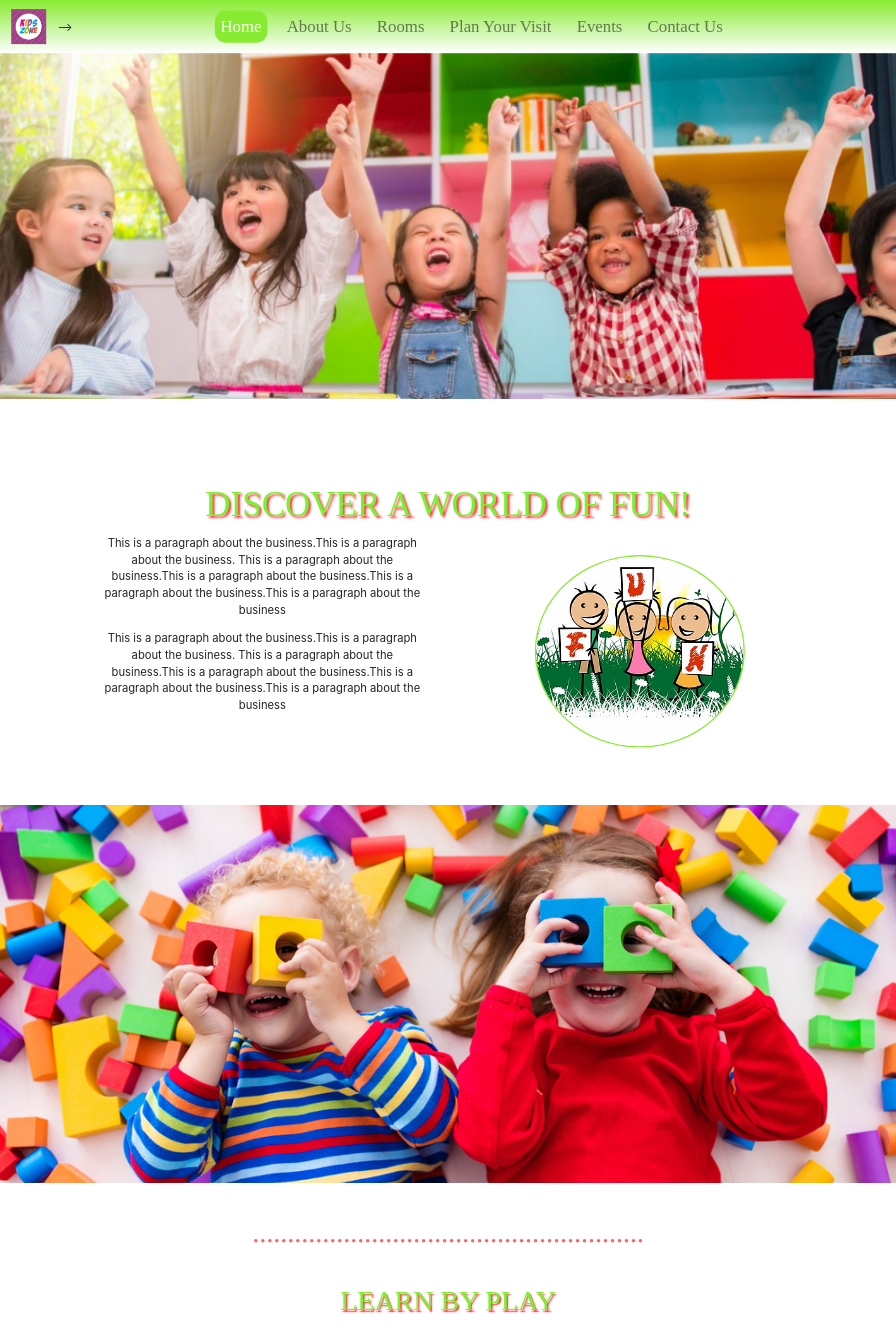
Repository: Code-Institute-Submissions/my-first-frontend-milestone-project
Page: index.html
The author's editor kept a record of every edit. The page is drawn from the files as they stood at one moment, then again after the next edit.
The browser window is 1280 px wide. The pictures show the part of the page from y = 0 to 1920 px (the page is 4050 px tall), at 70% of full size.
Some web fonts or font styles are not loaded; a fallback is used. Some web libraries are served in a nearby version.

Above is the page before.

### index.html
<!DOCTYPE html>
<html lang="en">

<head>
    <meta charset="UTF-8">
    <meta name="viewport" content="width=device-width, initial-scale=1.0">
    <meta http-equiv="X-UA-Compatible" content="ie=edge">
    <script src="https://code.jquery.com/jquery-3.3.1.slim.min.js" integrity="sha384-q8i/X+965DzO0rT7abK41JStQIAqVgRVzpbzo5smXKp4YfRvH+8abtTE1Pi6jizo" crossorigin="anonymous"></script>
    <script src="https://cdnjs.cloudflare.com/ajax/libs/popper.js/1.14.7/umd/popper.min.js" integrity="sha384-UO2eT0CpHqdSJQ6hJty5KVphtPhzWj9WO1clHTMGa3JDZwrnQq4sF86dIHNDz0W1" crossorigin="anonymous"></script>
    <link rel="stylesheet" href="https://stackpath.bootstrapcdn.com/bootstrap/4.3.1/css/bootstrap.min.css" integrity="sha384-ggOyR0iXCbMQv3Xipma34MD+dH/1fQ784/j6cY/iJTQUOhcWr7x9JvoRxT2MZw1T" crossorigin="anonymous">
    <script src="https://stackpath.bootstrapcdn.com/bootstrap/4.3.1/js/bootstrap.min.js" integrity="sha384-JjSmVgyd0p3pXB1rRibZUAYoIIy6OrQ6VrjIEaFf/nJGzIxFDsf4x0xIM+B07jRM" crossorigin="anonymous"></script>
    <script src='https://kit.fontawesome.com/a076d05399.js'></script>
    <link rel="stylesheet" href="https://maxcdn.bootstrapcdn.com/font-awesome/4.7.0/css/font-awesome.min.css" type="text/css" />
    <link rel="stylesheet" href="css/style.css">
    <title>KiddosSpot</title>
</head>

<body>
  <div id="page-wrapper">
    <header>
        <!-- Used Bootstrap for basic nav. -->
        <nav class="navbar fixed-top navbar-light
         navbar-expand-lg  navbar-fixed-top navstyle">
            <a class="navbar-brand" href="index.html">
           <img src="./images/logo.jpg" width="50" height="50" alt="">
          </a> -->
            <button class="navbar-toggler" type="button" data-toggle="collapse" data-target="#navbarSupportedContent" aria-controls="navbarSupportedContent" aria-expanded="false" aria-label="Toggle navigation">
              <span class="navbar-toggler-icon"></span>
          </button>
            <div class="collapse navbar-collapse" id="navbarSupportedContent">
                <ul class="nav navbar-nav mr-auto" style=" margin: 0 auto;">
                    <li class="nav-item active">
                        <a class="nav-link" href="index.html">Home <span class="sr-only">(current)</span></a>
                    </li>
                    <li class="nav-item">
                        <a class="nav-link about-menu" href="about.html">About Us</a>
                    </li>
                    <li class="nav-item">
                        <a class="nav-link" href="rooms.html">Rooms</a>
                    </li>
                    <li class="nav-item">
                        <a class="nav-link" href="planyourvisit.html">Plan Your Visit</a>
                    </li>
                    <li class="nav-item">
                        <a class="nav-link" href="events.html">Events</a>
                    </li>
                    <li class="nav-item">
                        <a class="nav-link" href="contact.html">Contact Us</a>
                    </li>
            </div>
        </nav>
    </header>

    <section>
        <!-- Bootstrap grid approach for columns -->
        <div class="container-fluid">
            <div class="row">
                <div class="col-12 banner-home"> </div>
            </div>
            <div class="container">
                <div class="row">
                    <div class="col-sm-12">
                        <h1 class="maintitle uppercase">Discover a World of Fun!</h1>
                    </div>
                </div>
                <div class="row">
                    <div class="col-12">
                        <div class="main-text-wrapper">
                            <p> This is a paragraph about the business.This is a paragraph about the business. This is a paragraph about the business.This is a paragraph about the business.This is a paragraph about the business.This is a paragraph about the
                                business </p>
                            <p> This is a paragraph about the business.This is a paragraph about the business. This is a paragraph about the business.This is a paragraph about the business.This is a paragraph about the business.This is a paragraph about the
                                business </p>
                        </div>
                        <div class="main-image-wrapper">
                                <img src="./images/fun.jpg" width="300" height="300" class="img-fluid rounded-circle" style="border:2px solid #87EB31;"alt="Fun illustration">
                        </div>
                    </div>
                </div> <!-- row end -->
            </div> <!--container -->
        </div> <!--container-fluid -->
        <div class="container-fluid">
            <div class="row">
                <div class="col-12 banner-center"></div>
            </div>
        </div>

        <!-- Business Highlights -->
        <div class="container">
            <div class="row">
                <div class="col-sm-12">
                    <div class="dotted-separator"></div>
                        <h2 class="subtitle uppercase">Learn By Play</h2>
                </div>
            </div>
            <div class="row">
                <div class="col-sm-12">
                    <div class="text-container" id="science">
                        <span><i class='fas fa-flask' style='font-size:40px;color:#fafafa;'></i></span>
                        <br>
                        <p><strong>Science</strong></p>
                        <p>Your Child will explore a variety...Your Child will explore a variety...Your Child will explore a variety...Your Child will explore a variety...</p>
                    </div>
                    <div class="text-container" id="sports">
                        <span><i class='fas fa-futbol' style='font-size:40px;color:#fafafa'></i></span>
                        <br>
                        <p><strong>Sports</strong></p>
                        <p>Your Child will explore a variety...Your Child will explore a variety...Your Child will explore a variety...Your Child will explore a variety...</p>
                    </div>
                </div>
            </div>
            <div class = "row">
                <div class="col-sm-12" style="margin-bottom:50px;">
                    <div class="text-container" id="arts"><span><i class='fas fa-paint-brush' style='font-size:40px;color:#fafafa'></i></span>
                        <br>
                        <p><strong>Arts</strong></p>
                        <p>Your Child will explore a variety...Your Child will explore a variety...Your Child will explore a variety...Your Child will explore a variety...</p>
                    </div>
                    <div class="text-container" id="games"><span><i class='fas fa-puzzle-piece' style='font-size:40px;color:#fafafa'></i> </span>
                        <br>
                        <p><strong>Games</strong></p>
                        <p>Your Child will explore a variety...Your Child will explore a variety...Your Child will explore a variety...Your Child will explore a variety...</p>
                    </div>
                </div>
            </div>
        </div> <!-- container -->

        <!-- Gallery of rooms -->
        <div class="container-fluid">
            <div class="row">
                <div class="col-sm-12">
                    <div class="dotted-separator"></div>
                    <div class="gallery">
                        <h2 class="subtitle uppercase">Room Gallery</h2>
                        <ul>
                            <li class="room1">
                                <img src="./images/science-room.webp" alt="Science-Room" width="300" height="250">
                                <div class="gallery_caption"><strong><p>Science Room</p></strong>
                                </div>
                            </li>
                            <li class="room2">
                                <img src="./images/space-room.webp" alt="Space Room" width="300" height="250">
                                        <div class="gallery_caption"><strong><p>Outerspace Room</p></strong>
                                        </div>
                            </li>
                            <li class="room3">
                                <img src="./images/art-room.webp" alt="Arts Room" width="300" height="250">
                                        <div class="gallery_caption"><strong><p>Arts Room</p></strong>
                                        </div>
                            </li>
                            <li class="room4">
                                <img src="./images/kitchen-room.jpg" alt="Kitchen Room" width="300" height="250">
                                        <div class="gallery_caption">
                                            <strong><p>Kitchen Room</p></strong>
                                        </div>
                            </li>
                        </ul>
                    </div>
                </div>
            </div>
        </div>  <!-- container-fluid -->
        <div>
            <a class="gallery-btn" href="rooms.html">See All Rooms</a>
        </div>
        <div class="container-fluid">
            <div class="row">
                <div class="col-sm-12">
                    <div class="dotted-separator"></div>
                </div>
            </div>
            <div class="theme-wrapper">
                <div class="row">
                    <div class="col-sm-5 theme-pic-wrapper">
                        <img src="./images/fitness-room.jpg" alt="Fitness Room" width="350" height="300" style="border-radius: 15px;">
                    </div>
                    <div class="col-sm-7">
                        <h2 class="theme-subtitle-wrapper">Theme of the month:<em style="color:#76F134; text-shadow: 1px 1px 1px #fafafa;"> WELLNESS!</em></h2>
                        <br>
                        <div class="theme-text-wrapper">
                            <h5 style="text-align:center;">LEARNING TO BE HEALTHY AND HAPPY!</h5>
                            <ul>
                                <li>Dance Lesson for different music styles</li>
                                <li>Gym equipment</li>
                                <li>Active games</li>
                            </ul>
                        </div>
                    </div>
                </div>
            </div>
        </div>
    </section>
    <footer class="container-fluid">
        <div id="footer-details" class="row">
            <div id="footer-list" class="col-sm-8">
                <nav id="menu-widget-2">
                    <ul>
                        <li>
                         <a href="about.html">About Us</a></li>
                        <li>
                         <a href="rooms.html">Rooms</a></li>
                        <li>
                         <a href="news.html">Latest News</a></li>
                        <li>
                         <a href="contact.html">Contact us</a></li>
                    </ul>
                </nav>
            </div>
            <div id="social-media" class="col-sm-4">
                <a href="#" target="_blank">
                        <img src="./images/facebook.png">
                </a>
                <a href="#" target="_blank">
                        <img src="./images/twitter.png">
                </a>
                <a href="#" target="_blank">
                        <img src="./images/instagram.png">
                </a>
                <a href="#" target="_blank">
                        <img src="./images/youtube.png">
                </a>
            </div>
        </div>
    </footer>
</div> <!--page wrapper -->
</body>

</html>

Loaded but not shown: css/style.css (846 lines, source omitted)

After the next edit:
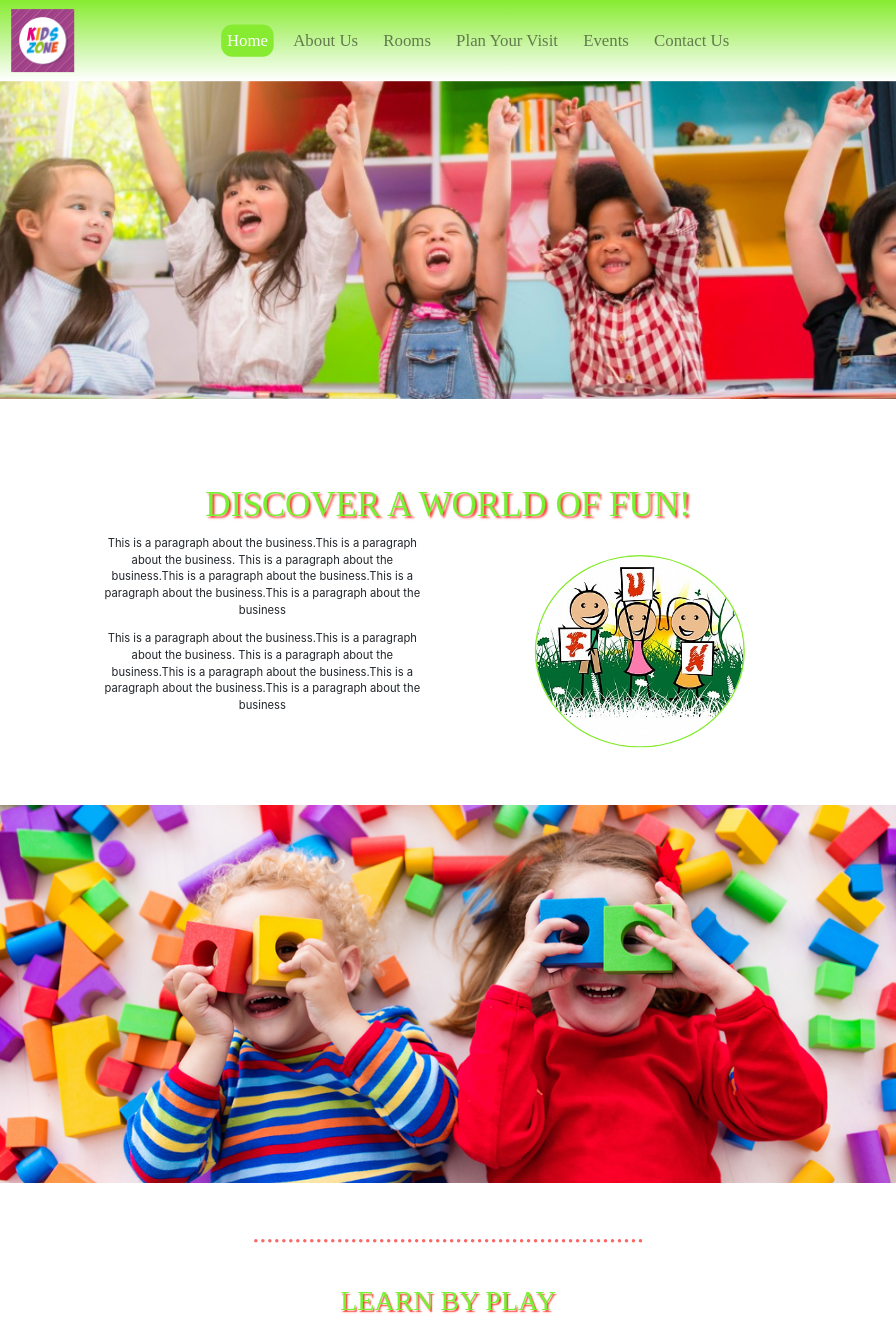
The edit:
--- a/index.html
+++ b/index.html
@@ -22,8 +22,8 @@
         <nav class="navbar fixed-top navbar-light
          navbar-expand-lg  navbar-fixed-top navstyle">
             <a class="navbar-brand" href="index.html">
-           <img src="./images/logo.jpg" width="50" height="50" alt="">
-          </a> -->
+           <img src="./images/logo.jpg" width="90" height="90" alt="Kid's Spot Logo">
+          </a>
             <button class="navbar-toggler" type="button" data-toggle="collapse" data-target="#navbarSupportedContent" aria-controls="navbarSupportedContent" aria-expanded="false" aria-label="Toggle navigation">
               <span class="navbar-toggler-icon"></span>
           </button>
